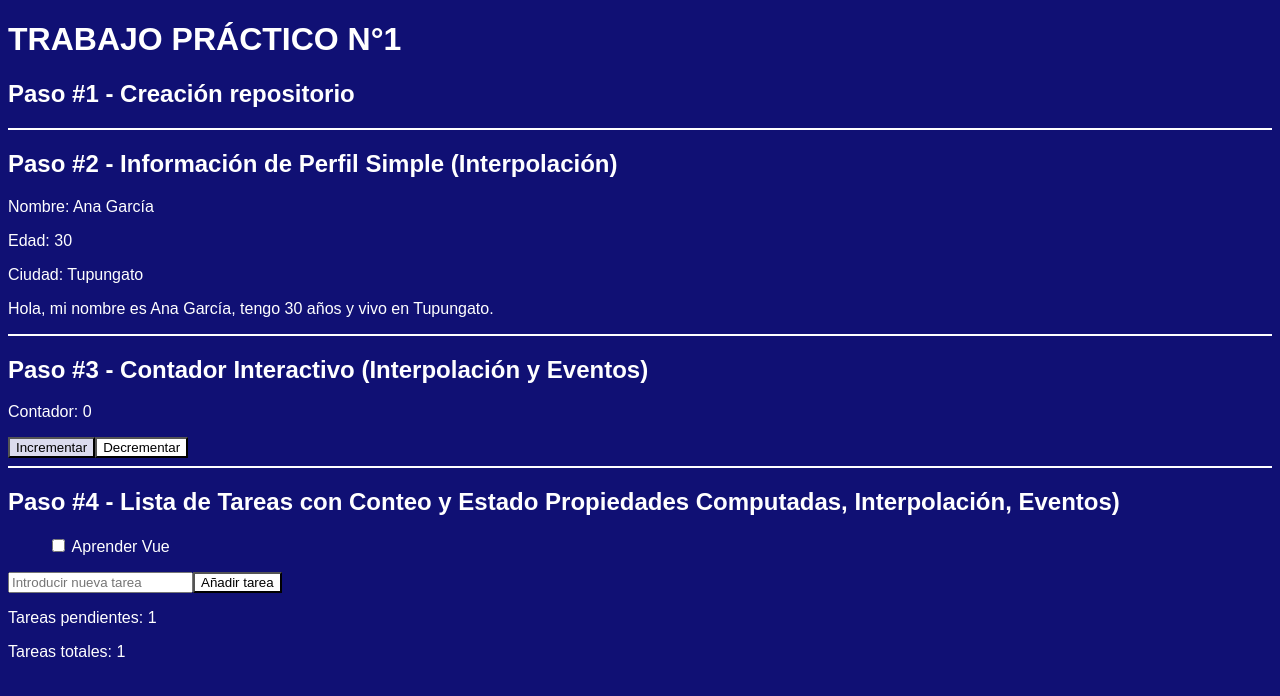
Repository: SofiaSferco/PWA
Page: practico01/index.html
An editor plug-in stored every save of this project. The page is shown before and after the next save, followed by the edit.
The browser window is 1280 px wide. The pictures show the whole page.
The pointer rests on the first visible `button`.

Above is the page before, as saved 2025-10-03 14:03:32.

### practico01/index.html
<!DOCTYPE html>
<html lang="en">
<head>
    <meta charset="UTF-8">
    <title>Trabajo Práctico 1</title>
    <script src="https://unpkg.com/vue@3/dist/vue.global.js"></script>
</head>
<body>
    <div id="app">
        <h1>TRABAJO PRÁCTICO N°1</h1>
        <h2>Paso #1 - Creación repositorio</h2>
        <hr>
        <h2>{{ segundopaso }}</h2>
            <p>Nombre: {{ nombre }}</p>
            <p>Edad: {{ edad }}</p>
            <p>Ciudad: {{ ciudad }}</p>
            <p>Hola, mi nombre es {{ nombre }}, tengo {{ edad }} años y vivo en {{ ciudad }}.</p>
        <hr>
        <h2>{{ tercerpaso }}</h2>
            <p>Contador: {{ contador }}</p>
            <button v-on:click="contador++">Incrementar</button>
            <button @click="contador--">Decrementar</button>
        <hr>
        <h2>{{cuartopaso}}</h2>
        <ul>
            <li v-for="tarea in tareas" :key="tarea.id" :class="{tachar: tarea.completada}"><input type="checkbox" v-model="tarea.completada"> {{tarea.texto}}</li>
        </ul>
        <input v-model="nuevaTarea" placeholder="Introducir nueva tarea">
        <button @click="agregarTarea">Añadir tarea</button>
        <p>Tareas pendientes: {{tareasPendientes}}</p>
        <p>Tareas totales: {{tareasTotales}}</p>



    </div>
    <script>
        const { createApp } = Vue;
        createApp({
            data() {
                return {
                    segundopaso: 'Paso #2 - Información de Perfil Simple (Interpolación)',
                    nombre: 'Ana García',
                    edad: 30,
                    ciudad: 'Tupungato',
                    tercerpaso: 'Paso #3 - Contador Interactivo (Interpolación y Eventos)',
                    contador: 0,
                    cuartopaso: 'Paso #4 - Lista de Tareas con Conteo y Estado Propiedades Computadas, Interpolación, Eventos)',
                    nuevaTarea: '',
                    tareas: [{
                        id: 1,
                        texto: "Aprender Vue",
                        completada: false
                    }
                    ]
               }
            }, methods: {
                agregarTarea() {
                    if (this.nuevaTarea != "") { //asi como está admite espacios y permito agregar tareas vacias si uso this.nuevaTarea.trim() ahi limito eso
                        this.tareas.push({
                            id: this.tareas.length +1,
                            texto: this.nuevaTarea,
                            completada: false
                        })
                        }
                    this.nuevaTarea = '';
                    }
                }, computed: {
                    tareasPendientes() {
                        return this.tareas.filter (tarea => !tarea.completada).length;
                    },
                     tareasTotales() {
                        return this.tareas.length;
                    }
                }
            },
        ).mount('#app');
    </script>
</body>
<style>
    body {
        font-family: Arial, Helvetica, sans-serif;
        background-color: rgb(16, 16, 116);
        color: #ffff;
    }
    h1,h2 {
        color: #ffff;
    }
    hr {
        border: 1px solid #ffff;
    }
    button {
        background-color: #ffff;
        color: black;
    }
    button:hover {
        background-color: rgb(219, 219, 238);
    }
    ul{
        list-style-type: none;
    }
</style>
</html>

After the next save:
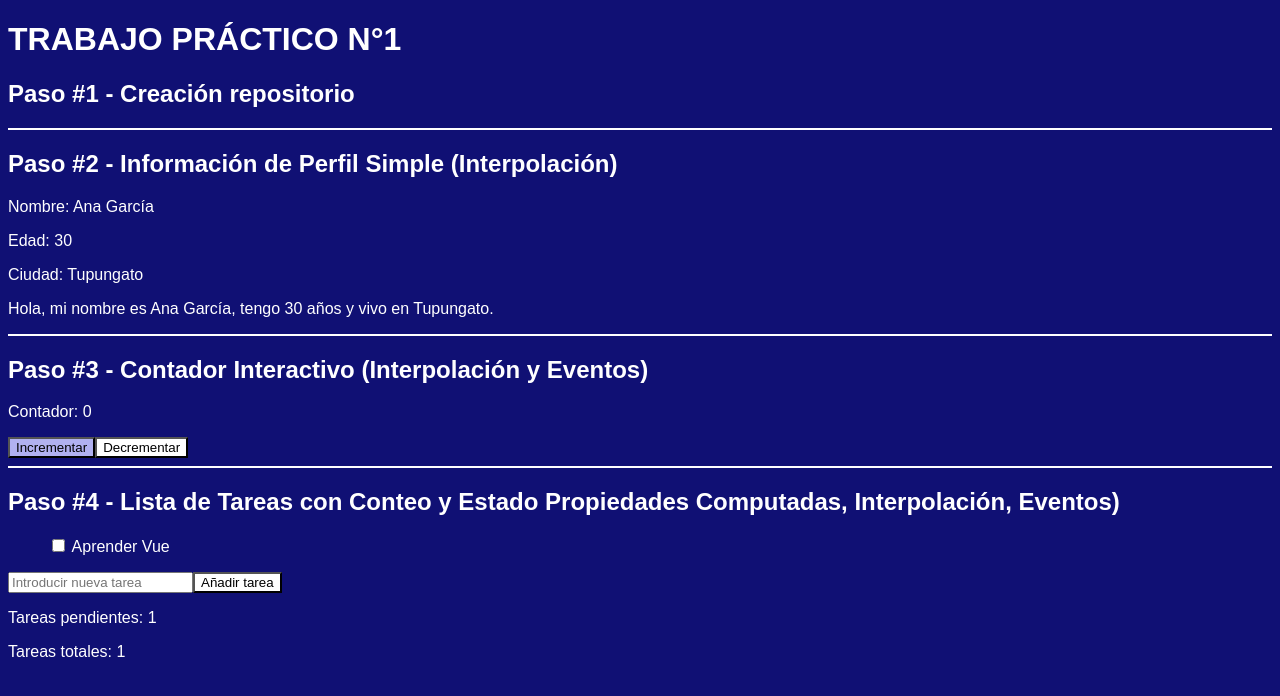
Saved 18 s later.
--- a/practico01/index.html
+++ b/practico01/index.html
@@ -93,7 +93,7 @@
         color: black;
     }
     button:hover {
-        background-color: rgb(219, 219, 238);
+        background-color: rgb(177, 177, 240);
     }
     ul{
         list-style-type: none;
